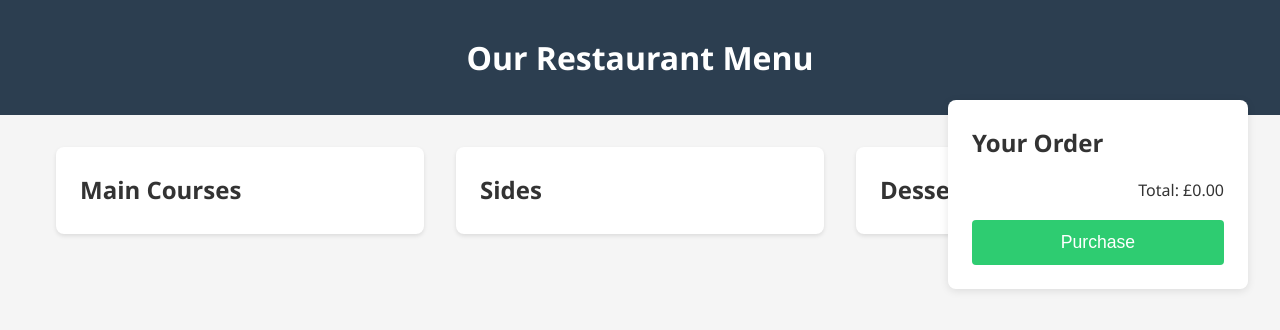
Repository: belloncompany/techie-bear
Page: ui/index.html
These files come from the project's save history. The page is drawn as it stood at one moment and after the next save; the edit follows.
The browser window is 1280 px wide. The pictures show the whole page.
The page's requests for data from a server got no answer.

Above is the page before, as saved 2025-05-06 20:28:38.

After the next save:
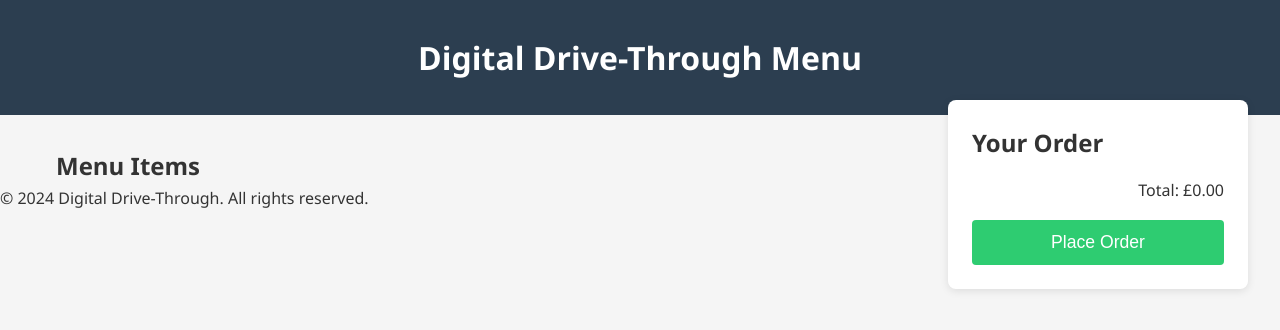
Saved 13 s later.
--- a/ui/index.html
+++ b/ui/index.html
@@ -3,35 +3,19 @@
 <head>
     <meta charset="UTF-8">
     <meta name="viewport" content="width=device-width, initial-scale=1.0">
-    <title>Restaurant Menu</title>
+    <title>Digital Drive-Through</title>
     <link rel="stylesheet" href="styles.css">
 </head>
 <body>
     <header>
-        <h1>Our Restaurant Menu</h1>
+        <h1>Digital Drive-Through Menu</h1>
     </header>
 
     <main>
         <section class="menu-container">
-            <div class="menu-category">
-                <h2>Main Courses</h2>
-                <div class="menu-items" id="mainCourses">
-                    <!-- Items will be populated by JavaScript -->
-                </div>
-            </div>
-
-            <div class="menu-category">
-                <h2>Sides</h2>
-                <div class="menu-items" id="sides">
-                    <!-- Items will be populated by JavaScript -->
-                </div>
-            </div>
-
-            <div class="menu-category">
-                <h2>Desserts</h2>
-                <div class="menu-items" id="desserts">
-                    <!-- Items will be populated by JavaScript -->
-                </div>
+            <h2>Menu Items</h2>
+            <div class="menu-items" id="menu-items">
+                <!-- Items will be populated by JavaScript -->
             </div>
         </section>
 
@@ -42,11 +26,15 @@
             </div>
             <div class="cart-total">
                 <p>Total: £<span id="totalAmount">0.00</span></p>
-                <button id="purchaseBtn" class="purchase-btn">Purchase</button>
+                <button id="purchaseBtn" class="purchase-btn">Place Order</button>
             </div>
         </section>
     </main>
 
+    <footer>
+        <p>© 2024 Digital Drive-Through. All rights reserved.</p>
+    </footer>
+
     <script src="script.js"></script>
 </body>
 </html>
